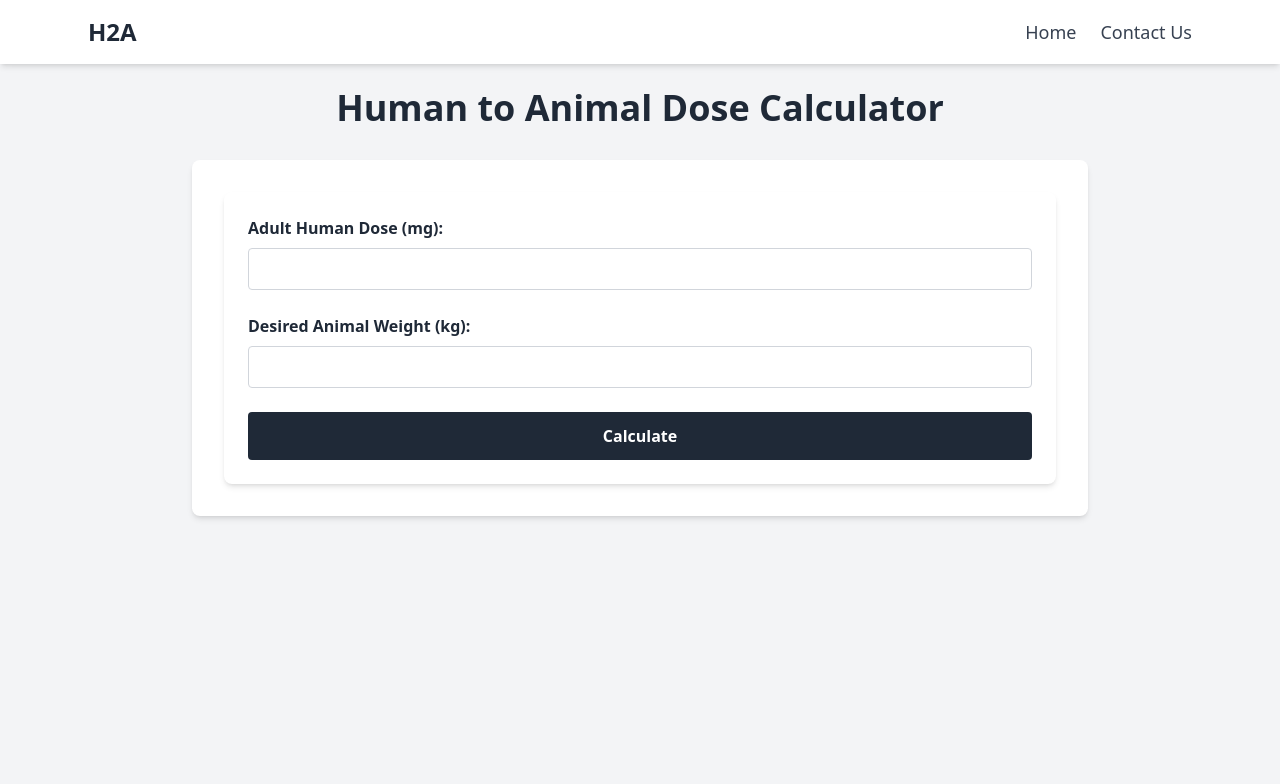
Repository: vigneshcj001/Human-to-Animal-Dose-Calculator
Page: /
These files come from the project's save history. The page is drawn as it stood at one moment and after a run of saves; the edit follows.
The browser window is 1280 px wide. The pictures show the whole page.
The project was rebuilt for these pictures with package versions that can differ from the ones it lists, and the page was loaded fresh each time. Also part of the build but not shown: src/Components/ResultsTable.jsx, src/Utils/const.js, src/Hooks/useContactForm.js, src/Components/ContactUs.js, src/Components/Error.js, src/Components/ErrorWrapper.js.

Above is the page before, as saved 2025-01-29 16:55:01.

### index.html
<!DOCTYPE html>
<html lang="en">
<head>
    <meta charset="UTF-8">
    <meta name="viewport" content="width=device-width, initial-scale=1.0">
    <link rel="stylesheet" href="./index.css"/>
    <title>H2A</title>
</head>
<body>
    <div id="root">
        <h1>Not Rendered</h1>
    </div>
    <script type="module" src="./App.js"></script>
</body>
</html>

### App.js
import React from "react";
import ReactDOM from "react-dom/client";
import Header from "./src/Components/Header";
import Body from "./src/Components/Body";
import ContactUs from "./src/Components/ContactUs";
import ErrorWrapper from "./src/Components/ErrorWrapper";
import "./index.css";
import { createBrowserRouter, Outlet, RouterProvider } from "react-router-dom";
const App = () => {
  return (
    <div>
      <Header />
      <Outlet />
    </div>
  );
};
const appRouter = createBrowserRouter([
  {
    path: "/",
    element: <App />,
    errorElement: <ErrorWrapper />,
    children: [
      {
        path: "/",
        element: <Body />,
      },
      {
        path: "/contactus",
        element: <ContactUs />,
      },
    ],
  },
]);
const root = ReactDOM.createRoot(document.getElementById("root"));
root.render(<RouterProvider router={appRouter} />);

### src/Components/Header.js
import { Link } from "react-router-dom";

const Header = () => {
  const navItems = [
    { to: "/", label: "Home" },
    { to: "/contactus", label: "Contact Us" },
  ];

  return (
    <header className="sticky top-0 z-50 bg-white shadow-md">
      <div className="max-w-6xl mx-auto px-6 py-4 flex justify-between items-center">
        {/* Logo */}
        <Link to="/" className="text-blue-600 font-bold text-2xl">
        <h3 className="text-2xl font-bold text-gray-800">H2A</h3></Link>
        {/* Navigation */}
        <nav>
          <ul className="flex space-x-6">
            {navItems.map((item) => (
              <li key={item.to}>
                <Link
                  to={item.to}
                  className="text-gray-700 font-medium text-lg transition-colors duration-300 hover:text-blue-600 focus:text-blue-600"
                >
                  {item.label}
                </Link>
              </li>
            ))}
          </ul>
        </nav>
      </div>
    </header>
  );
};

export default Header;

### src/Components/Body.js
import React, { useState, useCallback } from "react";
import InputForm from "../Components/InputForm"
import ResultsTable from "../Components/ResultsTable";

const Body = () => {
  const [results, setResults] = useState([]);

  const handleCalculate = useCallback((animalResults) => {
    setResults(animalResults);
  }, []);

  return (
    <div className="min-h-screen bg-gray-100 p-6">
      <h1 className="text-4xl font-bold text-center text-gray-800 mb-8">
        Human to Animal Dose Calculator
      </h1>
      <div className="max-w-4xl mx-auto bg-white shadow-md rounded-lg p-8">
        <InputForm onCalculate={handleCalculate} />
        {results.length > 0 && <ResultsTable results={results} />}
      </div>
    </div>
  );
};

export default Body;

### src/Components/InputForm.jsx
import React, { useState, useMemo } from "react";

const InputForm = ({ onCalculate }) => {
  const [humanDose, setHumanDose] = useState("");
  const [animalWeight, setAnimalWeight] = useState("");

  const animalsData = useMemo(
    () => [
      { name: "Mouse", weight: 0.02, kmFactor: 3 },
      { name: "Rat", weight: 0.15, kmFactor: 6 },
      { name: "Guinea Pig", weight: 0.4, kmFactor: 8 },
      { name: "Rabbit", weight: 1.8, kmFactor: 12 },
      { name: "Monkey", weight: 3, kmFactor: 12 },
      { name: "Dog", weight: 10, kmFactor: 20 },
    ],
    []
  );

  const handleSubmit = (e) => {
    e.preventDefault();

    if (!humanDose || !animalWeight) {
      alert("Please enter both the human dose and animal weight.");
      return;
    }

    const humanDosePerKg = humanDose / 60;

    const results = animalsData.map((animal) => {
      const dosePerKg = humanDosePerKg * animal.kmFactor;
      const totalDose = dosePerKg * animalWeight;

      return {
        animal: animal.name,
        dosePerKg: dosePerKg.toFixed(2),
        totalDose: totalDose.toFixed(2),
      };
    });

    onCalculate(results);
  };

  return (
    <form
      className="bg-white shadow-md rounded-lg p-6 space-y-6"
      onSubmit={handleSubmit}
    >
      <div>
        <label className="block text-gray-800 font-semibold mb-2">
          Adult Human Dose (mg):
        </label>
        <input
          type="number"
          className="w-full px-4 py-2 border border-gray-300 rounded focus:ring focus:ring-gray-500"
          value={humanDose}
          onChange={(e) => setHumanDose(e.target.value)}
          required
        />
      </div>
      <div>
        <label className="block text-gray-800 font-semibold mb-2">
          Desired Animal Weight (kg):
        </label>
        <input
          type="number"
          step="0.01"
          className="w-full px-4 py-2 border border-gray-300 rounded focus:ring focus:ring-gray-500"
          value={animalWeight}
          onChange={(e) => setAnimalWeight(e.target.value)}
          required
        />
      </div>
      <button
        type="submit"
        className="w-full bg-gray-800 hover:bg-gray-900 text-white font-bold py-3 rounded transition duration-300"
      >
        Calculate
      </button>
    </form>
  );
};

export default InputForm;

### tailwind.config.js
module.exports = {
  content: [
    "./src/**/*.{js,jsx,ts,tsx}", // Adjust according to your file structure
    "./public/index.html",
  ],
  theme: {
    extend: {},
  },
  plugins: [],
};

Loaded but not shown: index.css (common file)

After the next 5 saves:
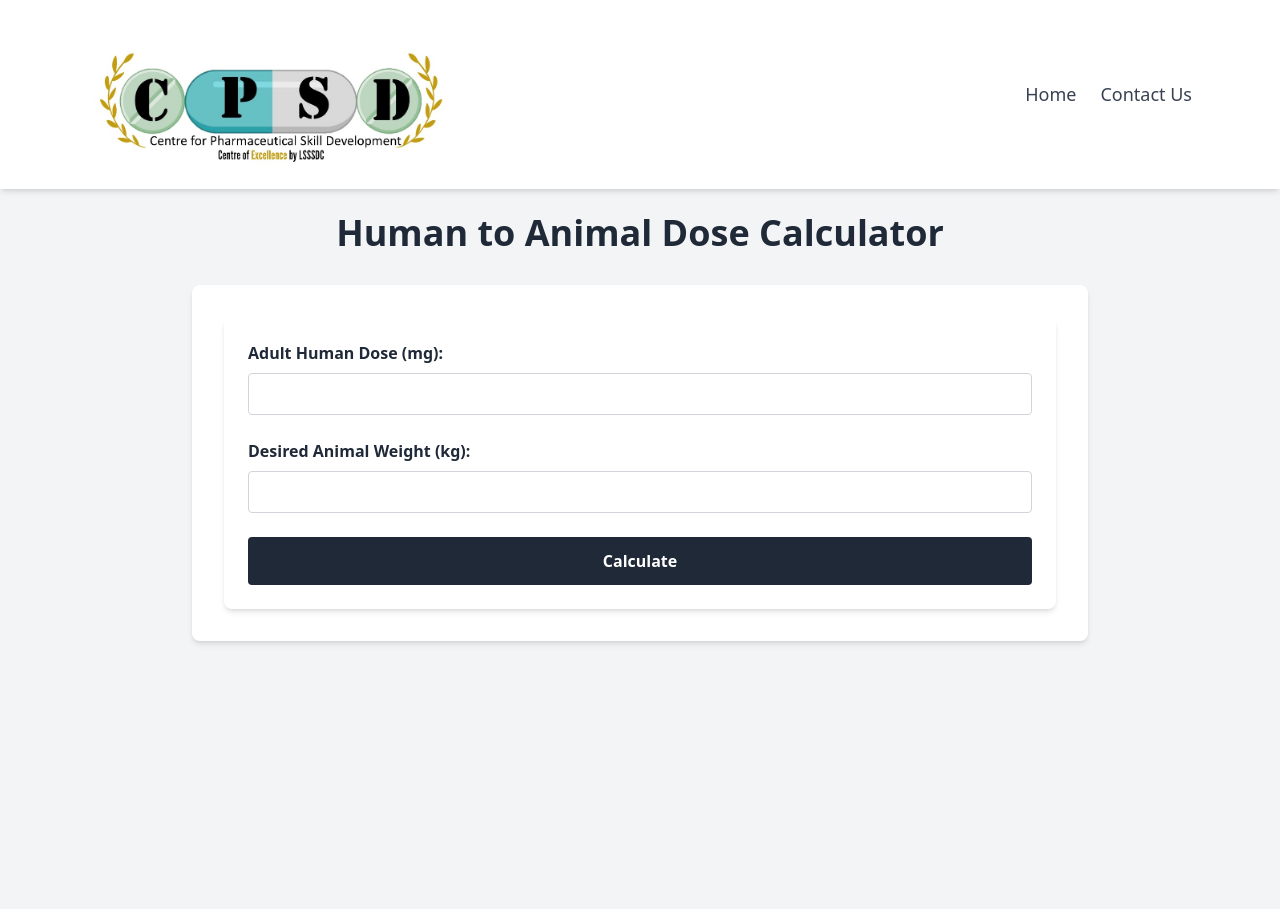
The 5 saves are shown as one change because 4 did not build or start.
The last was saved 2 h 8 min later.
--- a/src/Components/Header.js
+++ b/src/Components/Header.js
@@ -1,5 +1,5 @@
 import { Link } from "react-router-dom";
-
+import H2ALOGO from "../../images/logo.jpg";
 const Header = () => {
   const navItems = [
     { to: "/", label: "Home" },
@@ -10,8 +10,9 @@
     <header className="sticky top-0 z-50 bg-white shadow-md">
       <div className="max-w-6xl mx-auto px-6 py-4 flex justify-between items-center">
         {/* Logo */}
-        <Link to="/" className="text-blue-600 font-bold text-2xl">
-        <h3 className="text-2xl font-bold text-gray-800">H2A</h3></Link>
+        <Link to="/" className="text-blue-600 font-bold text-2xl w-4/12">
+          <img src={H2ALOGO} />
+        </Link>
         {/* Navigation */}
         <nav>
           <ul className="flex space-x-6">
